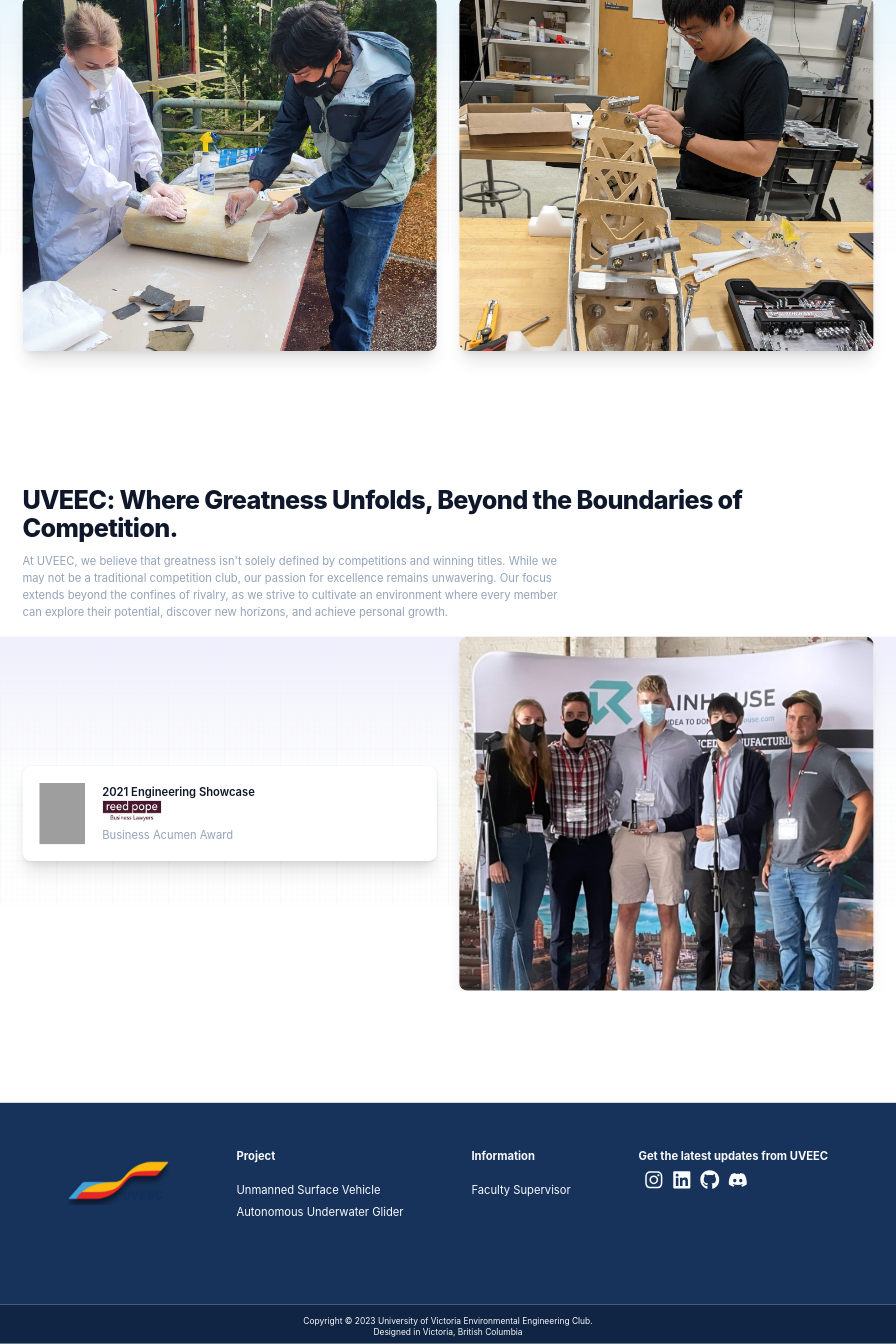
Repository: markaxelus/uveec-website
Page: /
These files come from the project's save history. The page is drawn as it stood at one moment and after the next save; the edit follows.
The browser window is 1280 px wide. The pictures show the part of the page from y = 1208 to 3128 px (the page is 3128 px tall before and 3112 px after), at 70% of full size.
Pictures or frames that could not be fetched are drawn as grey boxes. The project was rebuilt for these pictures with package versions that can differ from the ones it lists, and the page was loaded fresh each time. The framework's server and built-in components were replaced by stand-ins that run in the browser. Also part of the build but not shown: next.config.js, src/components/molecules/ProfileCard.tsx.

Above is the page before, as saved 2024-06-08 23:13:48.

After the next save:
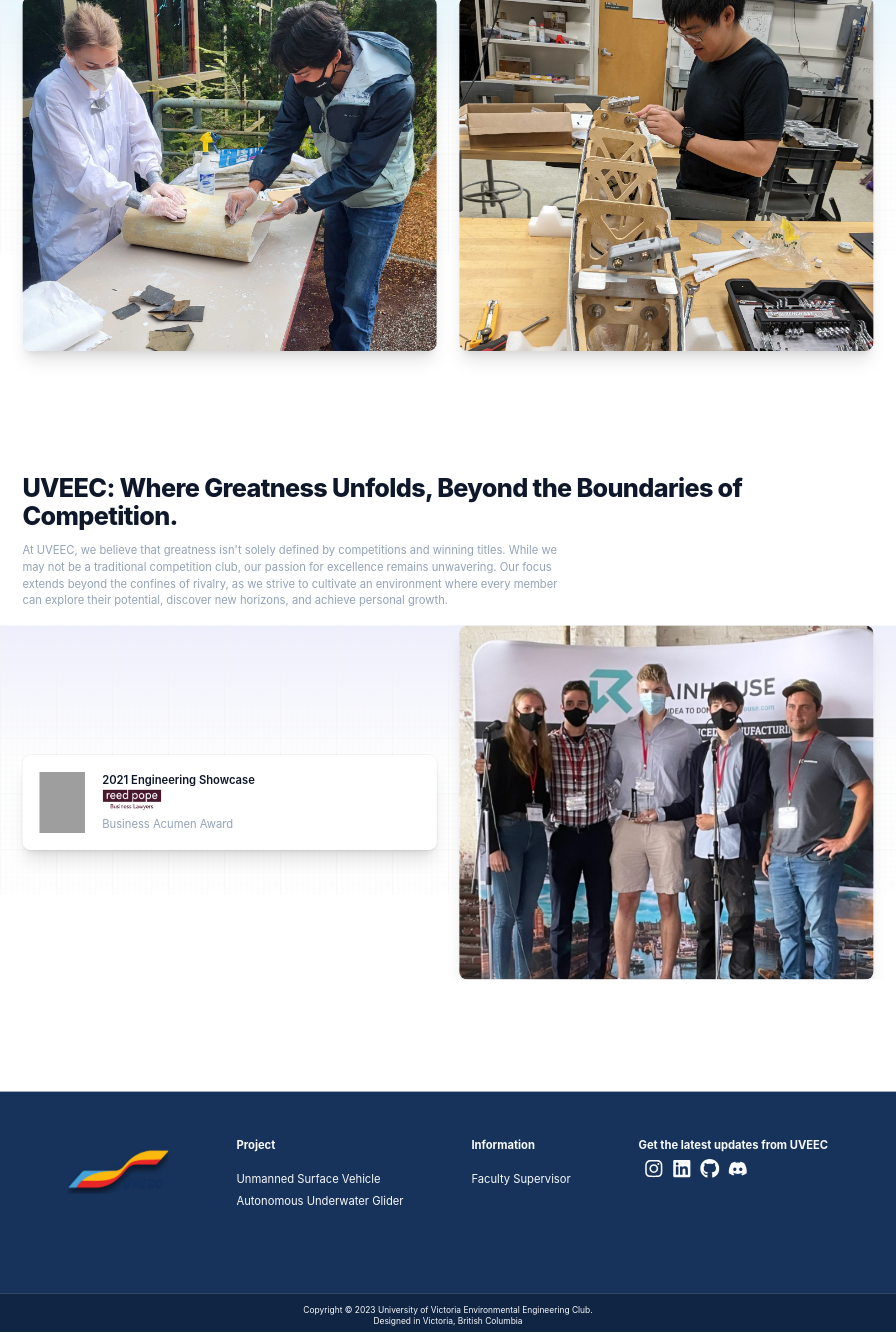
Saved 13 s later.
--- a/pages/index.tsx
+++ b/pages/index.tsx
@@ -119,7 +119,7 @@
                       </div>
                     </div>
                   </div>*/}
-                  <div className="mt-4 -mx-4 my-4 sm:mx-0 lg:mt-0 lg:col-span-7 xl:col-span-6">
+                  <div className="mt-4 -mx-4 sm:mx-0 lg:mt-0 lg:col-span-7 xl:col-span-6">
                     <div className="relative overflow-hidden shadow-xl flex h-[31.625rem] max-h-[60vh] sm:max-h-[none] sm:rounded-xl lg:h-[34.6875rem] xl:h-[31.625rem]">
                       <Image
                         layout="fill"
@@ -131,7 +131,7 @@
                       />
                     </div>
                   </div>
-                  <div className="mt-4 -mx-4 my-4 sm:mx-0 lg:mt-0 lg:col-span-7 xl:col-span-6">
+                  <div className="mt-4 -mx-4 sm:mx-0 lg:mt-0 lg:col-span-7 xl:col-span-6">
                     <div className="relative overflow-hidden shadow-xl flex h-[31.625rem] max-h-[60vh] sm:max-h-[none] sm:rounded-xl lg:h-[34.6875rem] xl:h-[31.625rem]">
                       <Image
                         layout="fill"
